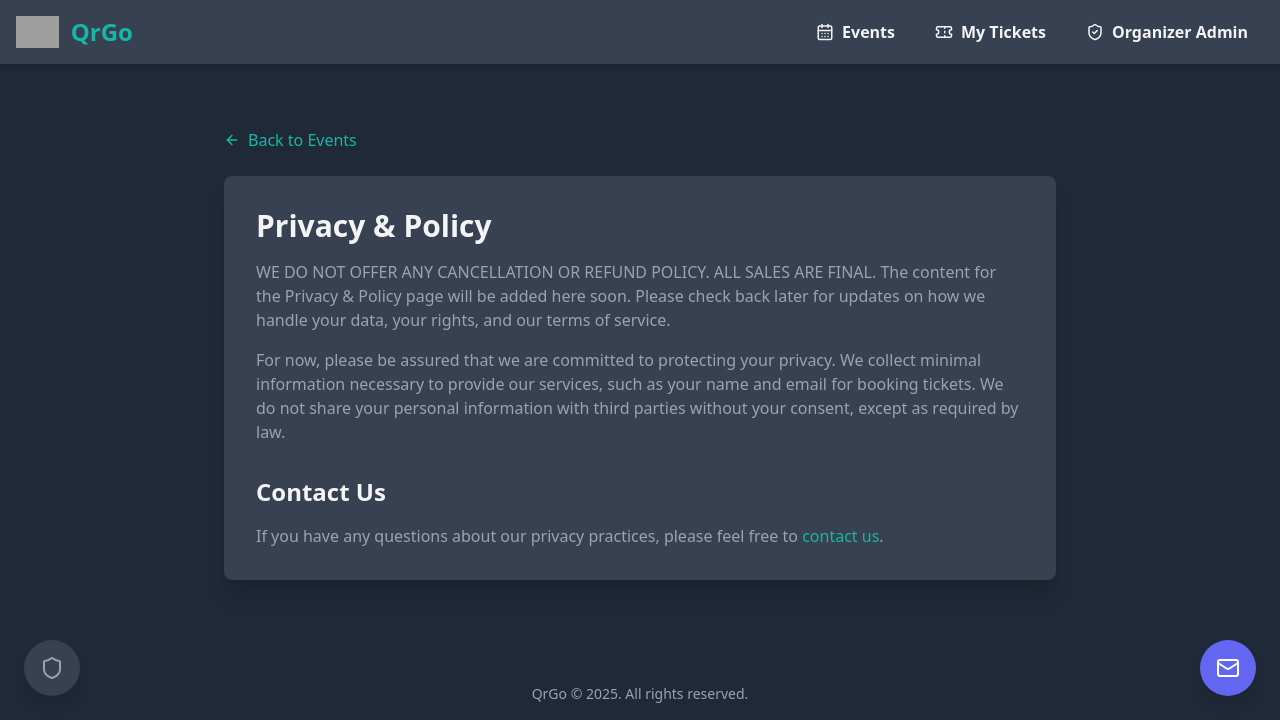
Repository: Dhakshin2007/QrGo
Page: /#/privacy-policy
An editor plug-in stored every save of this project. The page is shown before and after the next save, followed by the edit.
The browser window is 1280 px wide. The pictures show the whole page.
Pictures or frames that could not be fetched are drawn as grey boxes. Some web libraries are served in a nearby version. The project was rebuilt for these pictures with package versions that can differ from the ones it lists, and the page was loaded fresh each time. Also part of the build but not shown: vite.config.ts, components/EventCard.tsx, pages/HomePage.tsx, pages/BookingPage.tsx, components/TicketCard.tsx, pages/MyTicketsPage.tsx, services/aiService.ts, pages/AdminPage.tsx.

Above is the page before, as saved 2025-08-10 12:42:24.

### index.html
<!DOCTYPE html>
<html lang="en">
  <head>
    <meta name="description" content="Website Used to Host Events and Book Tickets and Inbuild scanning. If You want to Host an Event, Contact Us." />
<meta name="keywords" content="QrGo , QrGo Startup , Events IIT Ropar,Tickets , District , Paytm , Zomato , Ticket Booking , Event Hosting ,  Telugu Students IIT, IIT Ropar culture, IIT Ropar">
<meta name="author" content="Kotha Dhakshin">
<meta property="og:title" content="QrGo - Event Ticket Hosting Platform" />
<meta property="og:description" content="Official site for QrGo. Events, Bookings, and student details." />
<meta property="og:url" content="https://qrgo-weld.vercel.app/" />
<meta property="og:type" content="website" />
<meta property="og:image" content="#" />

  <meta charset="UTF-8" />
    <link rel="icon" type="image/png" href = "https://i.postimg.cc/qqd3M6cN/Google-AI-Studio-2025-08-09-T14-17-15-618-Z.png" />
    <meta name="viewport" content="width=device-width, initial-scale=1.0" />
    <title>QrGo</title>
    <script src="https://cdn.tailwindcss.com"></script>
    <script>
      tailwind.config = {
        theme: {
          extend: {
            colors: {
              'primary': '#14b8a6', // teal-500
              'primary-focus': '#0d9488', // teal-600
              'background': '#1f2937', // gray-800
              'surface': '#374151', // gray-700
              'on-surface': '#f3f4f6', // gray-200
              'on-surface-secondary': '#9ca3af', // gray-400
              'accent': '#6366f1', // indigo-500
            }
          }
        }
      }
    </script>
    <!-- html5-qrcode library -->
    <script src="https://unpkg.com/html5-qrcode" type="text/javascript"></script>
  <script type="importmap">
{
  "imports": {
    "react-router-dom": "https://esm.sh/react-router-dom@^7.8.0",
    "react-dom/": "https://esm.sh/react-dom@^19.1.1/",
    "react/": "https://esm.sh/react@^19.1.1/",
    "react": "https://esm.sh/react@^19.1.1",
    "lucide-react": "https://esm.sh/lucide-react@^0.539.0",
    "html5-qrcode": "https://esm.sh/html5-qrcode@^2.3.8",
    "qrcode": "https://esm.sh/qrcode@^1.5.4",
    "@supabase/supabase-js": "https://esm.sh/@supabase/supabase-js@2",
    "@google/genai": "https://esm.sh/@google/genai@^1.13.0"
  }
}
</script>
</head>
  <body class="bg-background text-on-surface">
    <div id="root"></div>
    <script type="module" src="/index.tsx"></script>
  </body>
</html>

### App.tsx


import React, { createContext, useContext, useState, useEffect, useCallback, ReactNode } from 'react';
import * as ReactRouterDOM from 'react-router-dom';
import HomePage from './pages/HomePage';
import BookingPage from './pages/BookingPage';
import MyTicketsPage from './pages/MyTicketsPage';
import AdminPage from './pages/AdminPage';
import PrivacyPolicyPage from './pages/PrivacyPolicyPage';
import Header from './components/Header';
import { ToastProvider } from './contexts/ToastContext';
import { AuthProvider } from './contexts/AuthContext';
import Toast from './components/Toast';
import { Mail, Shield } from 'lucide-react';
import { Event, EventStatus } from './types';
import { db } from './services/db';

// --- Event Context for Global State Management ---

interface EventContextType {
  events: Event[];
  isLoading: boolean;
  updateEventStatus: (eventId: string, newStatus: EventStatus) => void;
}

const EventContext = createContext<EventContextType | undefined>(undefined);

export const EventProvider: React.FC<{ children: ReactNode }> = ({ children }) => {
  const [events, setEvents] = useState<Event[]>([]);
  const [isLoading, setIsLoading] = useState(true);

  useEffect(() => {
    const fetchEvents = async () => {
      try {
        const initialEvents = await db.getEvents();
        setEvents(initialEvents);
      } catch (error) {
        console.error("Failed to fetch initial events:", error);
      } finally {
        setIsLoading(false);
      }
    };
    fetchEvents();
  }, []);

  const updateEventStatus = useCallback((eventId: string, newStatus: EventStatus) => {
    setEvents(currentEvents =>
      currentEvents.map(event =>
        event.id === eventId ? { ...event, status: newStatus } : event
      )
    );
  }, []);

  return (
    <EventContext.Provider value={{ events, isLoading, updateEventStatus }}>
      {children}
    </EventContext.Provider>
  );
};

export const useEvents = () => {
  const context = useContext(EventContext);
  if (!context) {
    throw new Error('useEvents must be used within an EventProvider');
  }
  return context;
};


// --- Main App Component ---

const App: React.FC = () => {
  return (
    <ToastProvider>
      <AuthProvider>
        <EventProvider>
          <ReactRouterDOM.HashRouter>
            <div className="min-h-screen flex flex-col bg-background">
              <Header />
              <main className="flex-grow container mx-auto px-4 py-8">
                <ReactRouterDOM.Routes>
                  <ReactRouterDOM.Route path="/" element={<HomePage />} />
                  <ReactRouterDOM.Route path="/book/:eventId" element={<BookingPage />} />
                  <ReactRouterDOM.Route path="/my-tickets" element={<MyTicketsPage />} />
                  <ReactRouterDOM.Route path="/admin" element={<AdminPage />} />
                  <ReactRouterDOM.Route path="/privacy-policy" element={<PrivacyPolicyPage />} />
                </ReactRouterDOM.Routes>
              </main>
              <footer className="text-center py-4 text-on-surface-secondary text-sm">
                <p>QrGo &copy; 2025. All rights reserved.</p>
              </footer>
               <ReactRouterDOM.Link
                to="/privacy-policy"
                className="fixed bottom-6 left-6 bg-surface text-on-surface-secondary p-4 rounded-full shadow-lg hover:bg-primary hover:text-white transition-colors flex items-center gap-2 z-50"
                title="Privacy & Policy"
                aria-label="Privacy and Policy"
              >
                <Shield size={24} />
              </ReactRouterDOM.Link>
              <a
                href="mailto:kothadhakshin123@gmail.com"
                className="fixed bottom-6 right-6 bg-accent text-white p-4 rounded-full shadow-lg hover:bg-indigo-600 transition-colors flex items-center gap-2 z-50"
                title="Contact Support"
                aria-label="Contact Support"
              >
                <Mail size={24} />
              </a>
            </div>
          </ReactRouterDOM.HashRouter>
          <Toast />
        </EventProvider>
      </AuthProvider>
    </ToastProvider>
  );
};

export default App;

### pages/PrivacyPolicyPage.tsx

import React from 'react';
import * as ReactRouterDOM from 'react-router-dom';
import { ArrowLeft } from 'lucide-react';

const PrivacyPolicyPage: React.FC = () => {
  return (
    <div className="max-w-4xl mx-auto animate-fade-in p-4 sm:p-6 lg:p-8">
      <ReactRouterDOM.Link to="/" className="flex items-center gap-2 mb-6 text-primary hover:underline">
          <ArrowLeft size={16} /> Back to Events
       </ReactRouterDOM.Link>
      <div className="bg-surface rounded-lg shadow-xl p-8">
        <h1 className="text-3xl font-bold mb-4 text-on-surface">Privacy & Policy</h1>
        <div className="space-y-4 text-on-surface-secondary">
          <p>
            WE DO NOT OFFER ANY CANCELLATION OR REFUND POLICY. ALL SALES ARE FINAL.

            The content for the Privacy & Policy page will be added here soon.
            Please check back later for updates on how we handle your data, your rights, and our terms of service.
          </p>
          <p>
            For now, please be assured that we are committed to protecting your privacy. We collect minimal information necessary to provide our services, such as your name and email for booking tickets.
            We do not share your personal information with third parties without your consent, except as required by law.
          </p>
          <h2 className="text-2xl font-semibold text-on-surface pt-4">Contact Us</h2>
          <p>
            If you have any questions about our privacy practices, please feel free to <a href="mailto:kothadhakshin123@gmail.com" className="text-primary hover:underline">contact us</a>.
          </p>
        </div>
      </div>
    </div>
  );
};

export default PrivacyPolicyPage;

### components/Header.tsx

import React from 'react';
import * as ReactRouterDOM from 'react-router-dom';
import { Ticket, ShieldCheck, CalendarDays, QrCode } from 'lucide-react';
import { LOGO_URL } from '../constants';

const Header: React.FC = () => {
  const activeLinkClass = "bg-primary text-white";
  const inactiveLinkClass = "text-on-surface hover:bg-surface";

  return (
    <header className="bg-surface shadow-md sticky top-0 z-50">
      <nav className="container mx-auto px-4 py-3 flex justify-between items-center">
        <ReactRouterDOM.Link to="/" className="flex items-center gap-3 text-2xl font-bold text-primary">
          {LOGO_URL ? (
            <img src={LOGO_URL} alt="QrGo Logo" className="h-8 w-auto" />
          ) : (
            <QrCode size={28} />
          )}
          <span>QrGo</span>
        </ReactRouterDOM.Link>
        <div className="flex items-center gap-2">
          <ReactRouterDOM.NavLink
            to="/"
            className={({ isActive }) => `${isActive ? activeLinkClass : inactiveLinkClass} px-4 py-2 rounded-md font-semibold transition-colors duration-200 flex items-center gap-2`}
          >
            <CalendarDays size={18}/> Events
          </ReactRouterDOM.NavLink>
          <ReactRouterDOM.NavLink
            to="/my-tickets"
            className={({ isActive }) => `${isActive ? activeLinkClass : inactiveLinkClass} px-4 py-2 rounded-md font-semibold transition-colors duration-200 flex items-center gap-2`}
          >
            <Ticket size={18}/> My Tickets
          </ReactRouterDOM.NavLink>
          <ReactRouterDOM.NavLink
            to="/admin"
            className={({ isActive }) => `${isActive ? activeLinkClass : inactiveLinkClass} px-4 py-2 rounded-md font-semibold transition-colors duration-200 flex items-center gap-2`}
          >
            <ShieldCheck size={18}/> Organizer Admin
          </ReactRouterDOM.NavLink>
        </div>
      </nav>
    </header>
  );
};

export default Header;

### contexts/ToastContext.tsx
import React, { createContext, useState, useContext, ReactNode, useCallback, useRef } from 'react';

type ToastType = 'success' | 'error' | 'info';

interface ToastState {
  message: string;
  type: ToastType;
  isVisible: boolean;
}

interface ToastContextType {
  showToast: (message: string, type: ToastType) => void;
  toastConfig: ToastState | null;
}

const ToastContext = createContext<ToastContextType | undefined>(undefined);

export const ToastProvider: React.FC<{ children: ReactNode }> = ({ children }) => {
  const [toastConfig, setToastConfig] = useState<ToastState | null>(null);
  const timeoutIdRef = useRef<number | null>(null);

  const showToast = useCallback((message: string, type: ToastType) => {
    if (timeoutIdRef.current) {
      clearTimeout(timeoutIdRef.current);
    }
    setToastConfig({ message, type, isVisible: true });

    timeoutIdRef.current = window.setTimeout(() => {
      setToastConfig(prev => prev ? { ...prev, isVisible: false } : null);
      timeoutIdRef.current = null;
    }, 4000);
  }, []);


  return (
    <ToastContext.Provider value={{ showToast, toastConfig }}>
      {children}
    </ToastContext.Provider>
  );
};

export const useToast = () => {
  const context = useContext(ToastContext);
  if (context === undefined) {
    throw new Error('useToast must be used within a ToastProvider');
  }
  return context;
};

### contexts/AuthContext.tsx
import React, { createContext, useState, useContext, ReactNode, useCallback } from 'react';
import { Organizer } from '../types';

interface AuthState {
  isUserLoggedIn: boolean;
  userEmail: string | null;
  userPin: string | null;
  loggedInOrganizer: Organizer | null;
  loginUser: (email: string, pin: string) => void;
  logoutUser: () => void;
  loginOrganizer: (username: string, secretId: string) => boolean;
  logoutOrganizer: () => void;
}

const AuthContext = createContext<AuthState | undefined>(undefined);

export const AuthProvider: React.FC<{ children: ReactNode }> = ({ children }) => {
  const [isUserLoggedIn, setIsUserLoggedIn] = useState(false);
  const [userEmail, setUserEmail] = useState<string | null>(null);
  const [userPin, setUserPin] = useState<string | null>(null);
  const [loggedInOrganizer, setLoggedInOrganizer] = useState<Organizer | null>(null);

  const loginUser = (email: string, pin:string) => {
    setUserEmail(email.toLowerCase());
    setUserPin(pin);
    setIsUserLoggedIn(true);
  };

  const logoutUser = () => {
    setIsUserLoggedIn(false);
    setUserEmail(null);
    setUserPin(null);
  };

  const loginOrganizer = useCallback((username: string, secretId: string): boolean => {
    // --- Security Note ---
    // In a real production application, this organizer data should NOT be hardcoded here.
    // It should be loaded securely, for example, from environment variables on a server
    // or from a secure configuration service. This prevents sensitive credentials from
    // being exposed in the client-side code.
    // Example for a Node.js environment:
    // const ORGANIZERS = JSON.parse(process.env.ORGANIZERS_JSON || '[]');
    const ORGANIZERS: Organizer[] = [
      { id: 'super-admin', username: 'Dhakshin', secretId: 'Dk07' },
      { id: 'org-1', username: 'TCA', secretId: 'tca@2334' },
      // { id: 'org-2', username: 'TechCon', secretId: 'techcon-secret' }
    ];

    const organizer = ORGANIZERS.find(
        org => org.username.toLowerCase() === username.toLowerCase() && org.secretId === secretId
    );
    if (organizer) {
        setLoggedInOrganizer(organizer);
        return true;
    }
    return false;
  }, []);

  const logoutOrganizer = () => {
      setLoggedInOrganizer(null);
  };

  return (
    <AuthContext.Provider value={{ isUserLoggedIn, userEmail, userPin, loggedInOrganizer, loginUser, logoutUser, loginOrganizer, logoutOrganizer }}>
      {children}
    </AuthContext.Provider>
  );
};

export const useAuth = () => {
  const context = useContext(AuthContext);
  if (context === undefined) {
    throw new Error('useAuth must be used within an AuthProvider');
  }
  return context;
};

### components/Toast.tsx
import React from 'react';
import { useToast } from '../contexts/ToastContext';
import { CheckCircle, XCircle, Info } from 'lucide-react';

const icons = {
  success: <CheckCircle className="text-green-400" size={24} />,
  error: <XCircle className="text-red-400" size={24} />,
  info: <Info className="text-blue-400" size={24} />,
};

const bgColors = {
  success: 'bg-green-500/20 border-green-500',
  error: 'bg-red-500/20 border-red-500',
  info: 'bg-blue-500/20 border-blue-500',
};

const Toast: React.FC = () => {
  const { toastConfig } = useToast();

  if (!toastConfig) {
    return null;
  }

  const { message, type, isVisible } = toastConfig;

  return (
    <div
      aria-live="assertive"
      className={`fixed bottom-5 right-5 z-50 transition-all duration-300 ease-in-out ${isVisible ? 'opacity-100 translate-y-0' : 'opacity-0 translate-y-4'}`}
    >
      <div className={`flex items-center gap-4 p-4 rounded-lg shadow-lg border-l-4 text-on-surface bg-surface ${bgColors[type]}`}>
        <div>{icons[type]}</div>
        <p className="font-semibold">{message}</p>
      </div>
    </div>
  );
};

export default Toast;

### types.ts

export type Organizer = {
  id: string;
  username: string;
  secretId: string;
};

export enum BookingStatus {
  Pending = 'Pending',
  Confirmed = 'Confirmed',
  Rejected = 'Rejected',
}

export enum EventStatus {
  Upcoming = 'Upcoming',
  Ongoing = 'Ongoing',
}

export type Event = {
  id: string;
  organizerId: string;
  name: string;
  date: string;
  venue: string;
  description: string;
  image: string;
  status: EventStatus;
  requiresEntryNumber?: boolean;
  upiId?: string;
  upiLink?: string;
  qrCodeImage?: string;
};

export type Booking = {
  id: string;
  eventId: string;
  userName: string;
  userEmail: string;
  userPhone: string;
  entryNumber: string | null;
  transactionId: string | null;
  paymentProof: string | null; // Public URL to the image in Supabase Storage
  pin: string; // Should be hashed on a real backend
  status: BookingStatus;
  checkedIn: boolean;
  createdAt: string;
};

### services/supabaseClient.ts
import { createClient } from '@supabase/supabase-js';
import { BookingStatus } from '../types';

// --- Supabase Client Initialization ---

// #############################################################################
// #  IMPORTANT: FIX FOR "INVALID API KEY" / "401 UNAUTHORIZED" ERROR          #
// #############################################################################
// # The API key below is a DUMMY key. You MUST replace it with your own.      #
// # 1. Go to your Supabase project dashboard.                                 #
// # 2. Go to Project Settings > API.                                          #
// # 3. Copy the `anon` `public` key.                                          #
// # 4. Paste it here to replace the DUMMY key.                                #
// #############################################################################
const supabaseUrl = 'https://hkniptskidhgpavyejwz.supabase.co';
// This is a valid-looking dummy key to prevent startup crashes. It will not work for API calls.
const supabaseKey = 'sb_publishable_tQDQrjVzkEe6GwUMwAzoYA_YMzWUTT5';

if (supabaseUrl.includes('your-project-url') || supabaseKey.includes('PASTE_YOUR_REAL')) {
    // This will crash the app and show a clear error in the developer console,
    // preventing the app from running in a broken state.
    throw new Error("Supabase credentials are not set! Please update services/supabaseClient.ts with your project's URL and anon key. You can get these from your Supabase project's API settings.");
}


// Define database types for TypeScript support
// The database schema uses quoted identifiers (e.g., "eventId") to match the camelCase used in the application.
export type DbBooking = {
  id: string;
  eventId: string;
  userName: string;
  userEmail: string;
  userPhone: string;
  transactionId: string | null;
  paymentProof: string | null;
  pin: string;
  status: BookingStatus;
  checkedIn: boolean;
  createdAt: string;
};

// This type defines the shape of the data that can be inserted into the 'bookings' table.
export type DbBookingInsert = {
    id: string;
    eventId: string;
    userName: string;
    userEmail: string;
    userPhone: string;
    transactionId: string | null;
    paymentProof: string | null;
    pin: string;
    status: BookingStatus;
    checkedIn: boolean;
    createdAt: string;
};

// This explicit type for updates avoids nested generics which can cause TS errors.
export type DbBookingUpdate = {
    eventId?: string;
    userName?: string;
    userEmail?: string;
    userPhone?: string;
    transactionId?: string | null;
    paymentProof?: string | null;
    pin?: string;
    status?: BookingStatus;
    checkedIn?: boolean;
    createdAt?: string;
}

// New types for the `free_bookings` table
export type DbFreeBooking = {
  id: string;
  eventId: string;
  userName: string;
  userEmail: string;
  userPhone: string;
  entryNumber: string | null;
  pin: string;
  status: BookingStatus;
  checkedIn: boolean;
  createdAt: string;
};

export type DbFreeBookingInsert = {
    id: string;
    eventId: string;
    userName: string;
    userEmail: string;
    userPhone: string;
    entryNumber: string | null;
    pin: string;
    status: BookingStatus;
    checkedIn: boolean;
    createdAt: string;
};

export type DbFreeBookingUpdate = {
    eventId?: string;
    userName?: string;
    userEmail?: string;
    userPhone?: string;
    entryNumber?: string | null;
    pin?: string;
    status?: BookingStatus;
    checkedIn?: boolean;
    createdAt?: string;
};


export interface Database {
  public: {
    Tables: {
      bookings: {
        Row: DbBooking;
        Insert: DbBookingInsert;
        Update: DbBookingUpdate;
      };
      free_bookings: {
        Row: DbFreeBooking;
        Insert: DbFreeBookingInsert;
        Update: DbFreeBookingUpdate;
      };
    };
  };
}


export const supabase = createClient<Database>(supabaseUrl, supabaseKey);

Loaded but not shown: index.tsx (common file); services/db.ts (339 lines, source omitted); constants.ts (92 lines, source omitted)

After the next save:
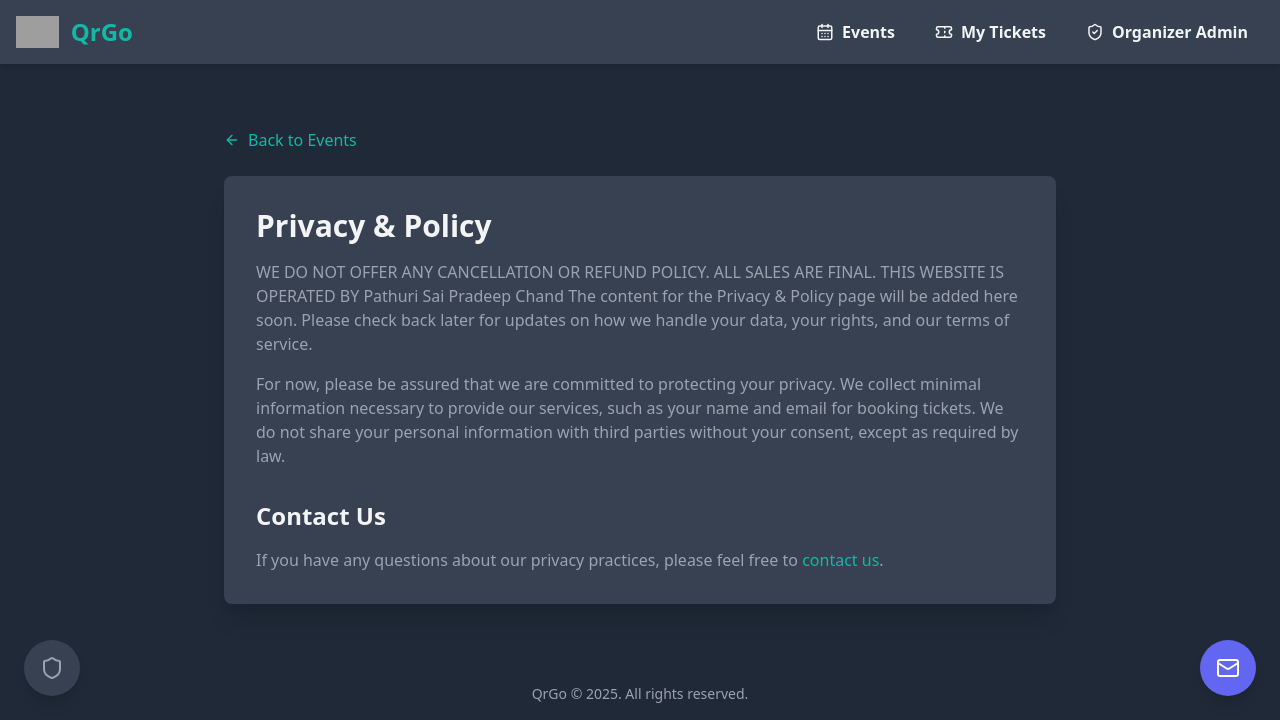
Saved 4 s later.
--- a/pages/PrivacyPolicyPage.tsx
+++ b/pages/PrivacyPolicyPage.tsx
@@ -14,7 +14,7 @@ const PrivacyPolicyPage: React.FC = () => {
         <div className="space-y-4 text-on-surface-secondary">
           <p>
             WE DO NOT OFFER ANY CANCELLATION OR REFUND POLICY. ALL SALES ARE FINAL.
-
+            THIS WEBSITE IS OPERATED BY Pathuri Sai Pradeep Chand
             The content for the Privacy & Policy page will be added here soon.
             Please check back later for updates on how we handle your data, your rights, and our terms of service.
           </p>
